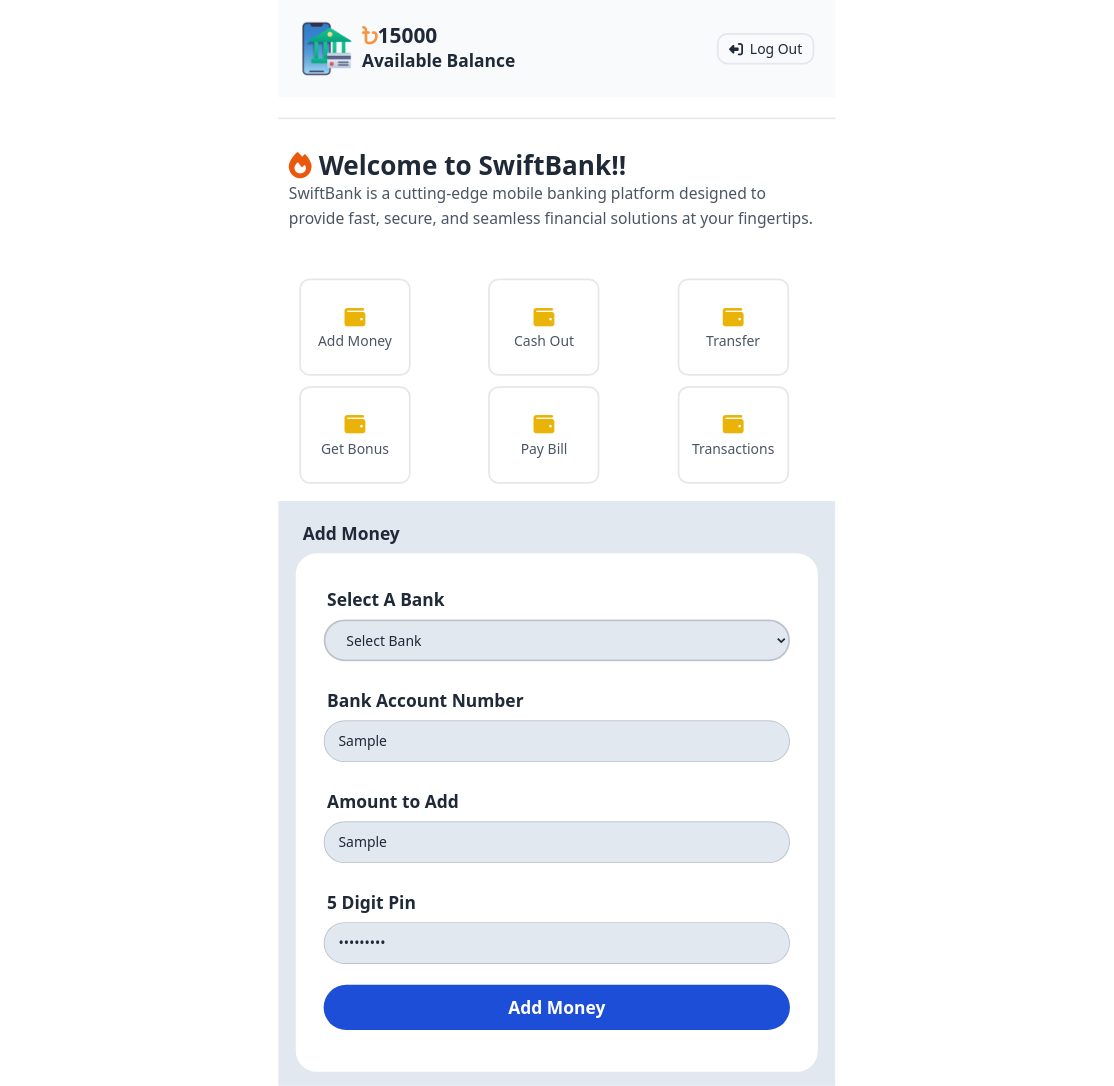
Repository: mukaddam-coder/swift-bank-mobile-banking
Page: home.html
An editor plug-in stored every save of this project. The page is shown before and after the next save, followed by the edit.
The browser window is 1280 px wide. The pictures show the whole page, at 87% of full size.
Empty fields were first filled with sample values (such as "Sample", 5 or name@example.com).
After loading, the first visible `#show-add-money-section` was clicked once.
Some web libraries are served in a nearby version.

Above is the page before, as saved 2024-12-14 02:53:57.

After the next save:
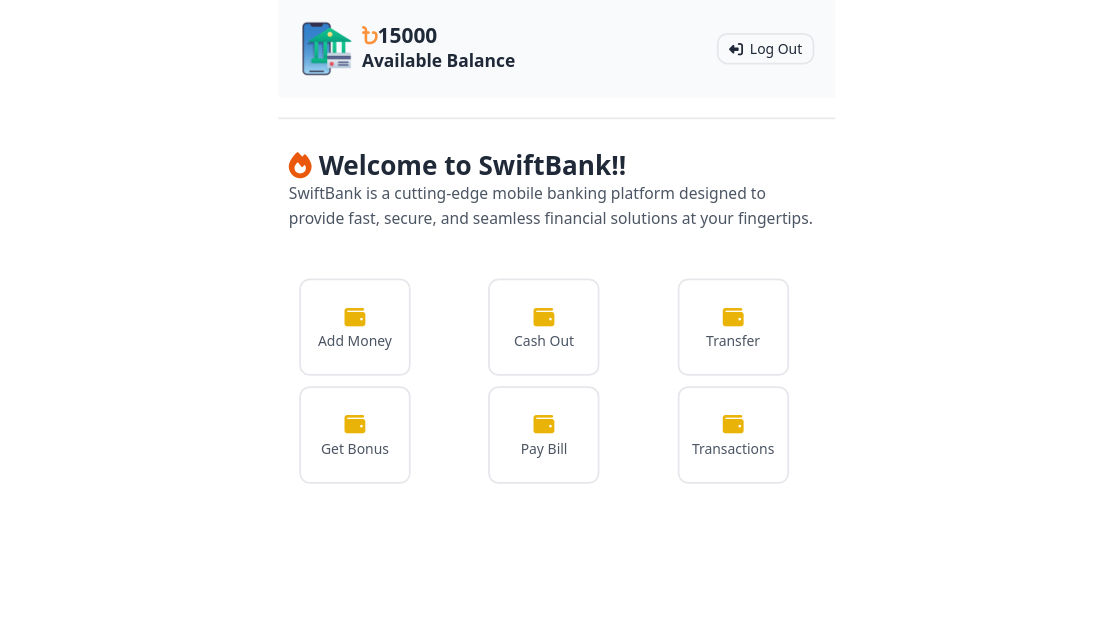
Console error: TypeError: Cannot read properties of null (reading 'classList')
Saved 3 min 28 s later.
--- a/Jscript/utilities.js
+++ b/Jscript/utilities.js
@@ -15,6 +15,8 @@
     // Hide all the section
     document.getElementById('add-money-section').classList.add('hidden');
     document.getElementById('cash-out-section').classList.add('hidden');
+    document.getElementById('money-transfer-section').classList.add('hidden');
+    document.getElementById('').classList.add('hidden');
 //    Show the section with provided id
     document.getElementById(id).classList.remove('hidden');
 };

After the save that followed:
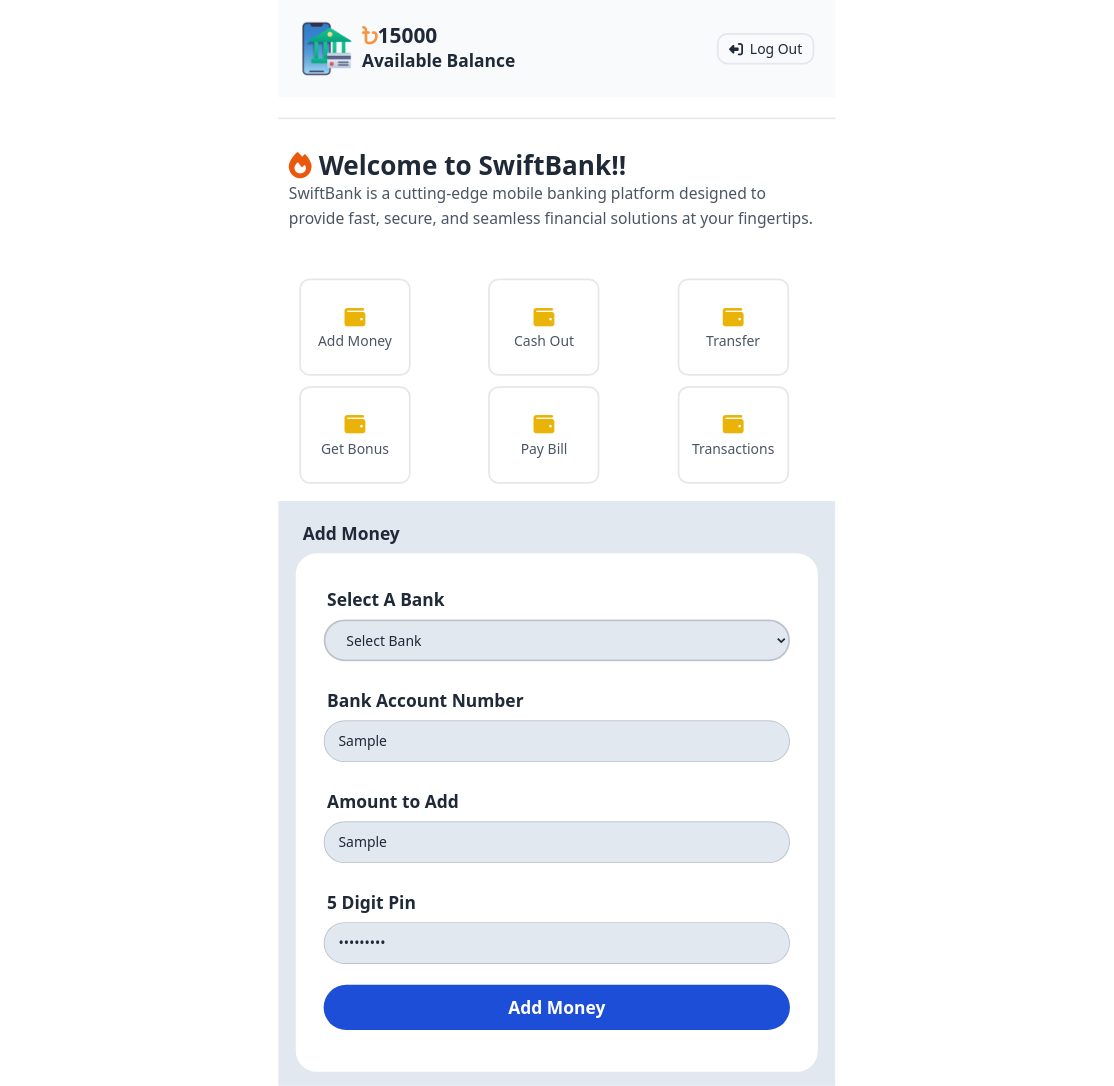
The error is gone.
Saved 22 s later.
--- a/Jscript/utilities.js
+++ b/Jscript/utilities.js
@@ -16,7 +16,7 @@
     document.getElementById('add-money-section').classList.add('hidden');
     document.getElementById('cash-out-section').classList.add('hidden');
     document.getElementById('money-transfer-section').classList.add('hidden');
-    document.getElementById('').classList.add('hidden');
+    document.getElementById('get-bonus-section').classList.add('hidden');
 //    Show the section with provided id
     document.getElementById(id).classList.remove('hidden');
 };
